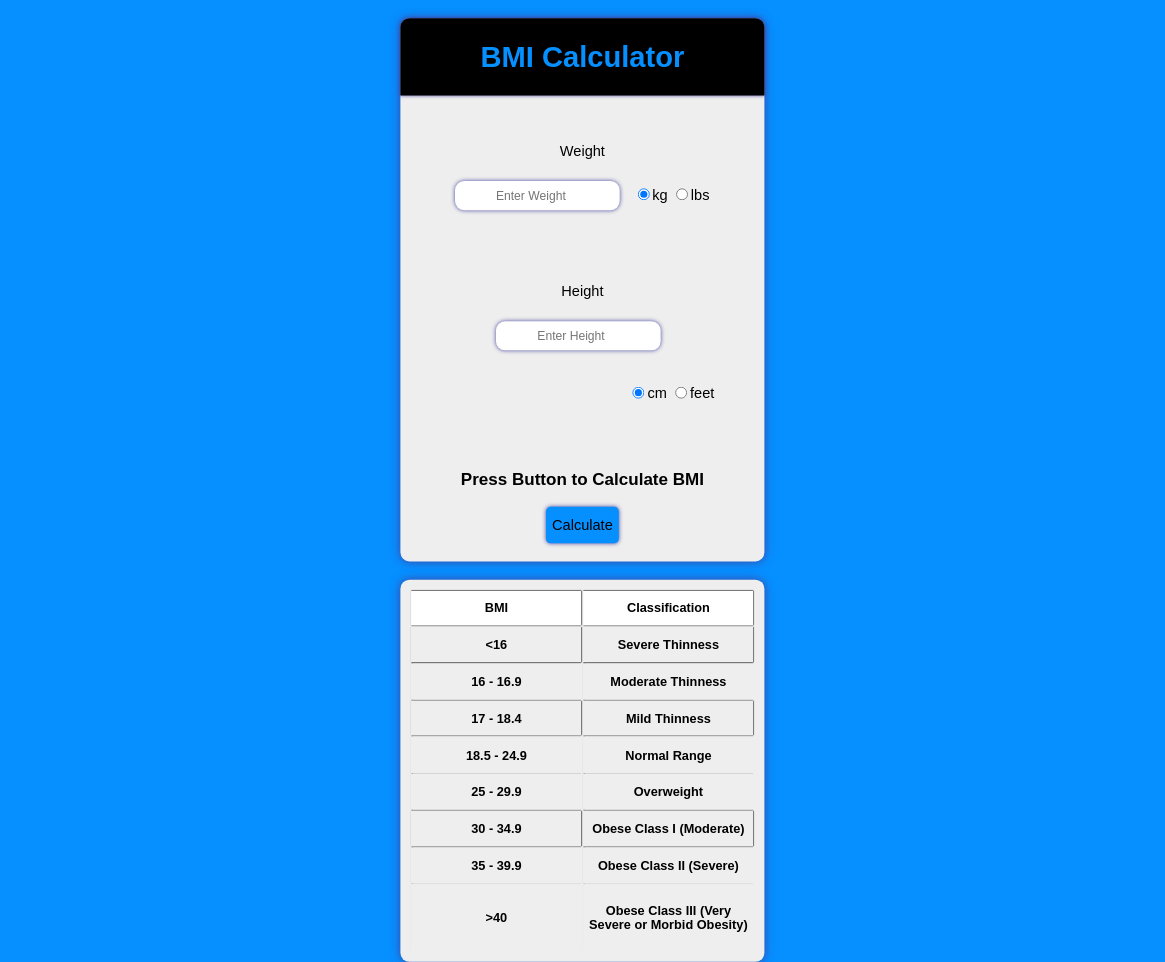
Repository: shayanabedi98/bmi-calculator
Page: index.html
An editor plug-in stored every save of this project. The page is shown before and after the next save, followed by the edit.
The browser window is 1280 px wide. The pictures show the whole page, at 91% of full size.

Above is the page before, as saved 2023-07-24 19:01:12.

### index.html
<!DOCTYPE html>
<html lang="en">
<head>
    <meta charset="UTF-8">
    <meta name="viewport" content="width=device-width, initial-scale=1.0">
    <title>BMI Calculator</title>
    <link rel="stylesheet" href="styles.css">
</head>
<body>
    <div class="container">
        <div class="card">
            <div class="bmi-calculator">
                <h1>BMI Calculator</h1>
                <div class="weight">
                    <label class="weight" for="weight">Weight</label>
                    <input id="weight" type="number" placeholder="Enter Weight">
                    <input type="radio" name="weight" checked><span>kg</span>
                    <input type="radio" name="weight"><span>lbs</span>
                </div>
                <div class="height">
                    <label class="height" for="height">Height</label>
                    <input type="number" placeholder="Enter Height" id="height">
                    <input type="number" placeholder="Enter Feet" id="feet">
                    <input type="number" placeholder="Enter Inches" id="inch">
                    <input type="radio" name="height" checked><span>cm</span>
                    <input type="radio" name="height"><span>feet</span>
                </div>
                <div class="result">
                    <h3>Press Button to Calculate BMI</h3>
                    <button onclick="calc()" class="calculate">Calculate</button>
                </div>
            </div>
        </div>
        <div class="card chart">
            <div class="bmi-chart">
                <table bgcolor=''>
                    <tr bgcolor="#ffffff" align="center">
                        <th width="100">BMI</th>
                        <th width="100">Classification</th>
                    </tr>
                    <tr bgcolor="EEEEEE">
                        <th>&lt;16</th>
                        <th>Severe Thinness</th>
                    </tr>
                    <tr bgcolor="EEEEEE">
                        <th>16 - 16.9</th>
                        <th>Moderate Thinness</th>
                    </tr>
                    <tr bgcolor="EEEEEE">
                        <th>17 - 18.4</th>
                        <th>Mild Thinness</th>
                    </tr>
                    <tr bgcolor="EEEEEE">
                        <th>18.5 - 24.9</th>
                        <th>Normal Range</th>
                    </tr>
                    <tr bgcolor="EEEEEE">
                        <th>25 - 29.9</th>
                        <th>Overweight</th>
                    </tr>
                    <tr bgcolor="EEEEEE">
                        <th>30 - 34.9</th>
                        <th>Obese Class I (Moderate)</th>
                    </tr>
                    <tr bgcolor="EEEEEE">
                        <th>35 - 39.9</th>
                        <th>Obese Class II (Severe)</th>
                    </tr>
                    <tr bgcolor="EEEEEE">
                        <th>&gt;40</th>
                        <th>Obese Class III (Very Severe or Morbid Obesity)</th>
                    </tr>
                </table>
            </div>
        </div>
    </div>
    <script src="index.js"></script>
</body>
</html>

### styles.css

body {
    background-color: #068FFF;
    font-family: sans-serif;
    text-align: center;
    padding: 0;
    margin: 0;
}

h1 {
    margin-top: 0;
    margin-bottom: 0;
    background-color: #000000;
    color: #068FFF;
    border-radius: 10px 10px 0 0;
    height: 60px;
    padding-top: 25px;
    box-shadow: 0 0 4px 0 #4141a0;
}

h2 {
    margin-top: 0;
    margin-bottom: 10px;
}

.container {
    display: inline-block;
}

.card {
    background-color: #EEEEEE;
    width: 400px;
    border-radius: 10px;
    margin-left: auto;
    margin-top: 5%;
    box-shadow: 0 0 10px 0 #4141a0;
}

.chart {
    padding: 10px;
    width: 380px;
}

table {
    width: 100%;
    height: 400px;
    font-size: 14px;
}

th {
    box-shadow: 0 0 1px 0 black;
}

.weight {
    display: block;
    text-align: start;
    padding: 7%;
    text-align: center;
}

.height {
    display: block;
    text-align: start;
    padding: 7%;
    text-align: center;
}

input[type='number'] {
    display: inline-block;
    text-align: center;
    margin-right: 10px;
    height: 30px;
    border-radius: 10px;
    border: none;
    box-shadow: 0 0 5px 0 #4141a0;
}

#inch, #feet {
    visibility: hidden;
}

.result {
    padding: 5%;
}

.result button {
    background-color: #068FFF;
    height: 40px;
    width: 80px;
    border-radius: 5px;
    border: none;
    box-shadow: 0 0 5px 0 #4141a0;
    cursor: pointer;
    font-size: 16px;
}

### index.js

function calc() {
    var kg = document.querySelector('#weight').value;
    var cm = document.querySelector('#height').value;

    var m = cm / 100;

    var result = Math.round(kg/(m*m));

    document.querySelector('.result h3').innerHTML = 'Your BMI is ' + result

}

After the next save:
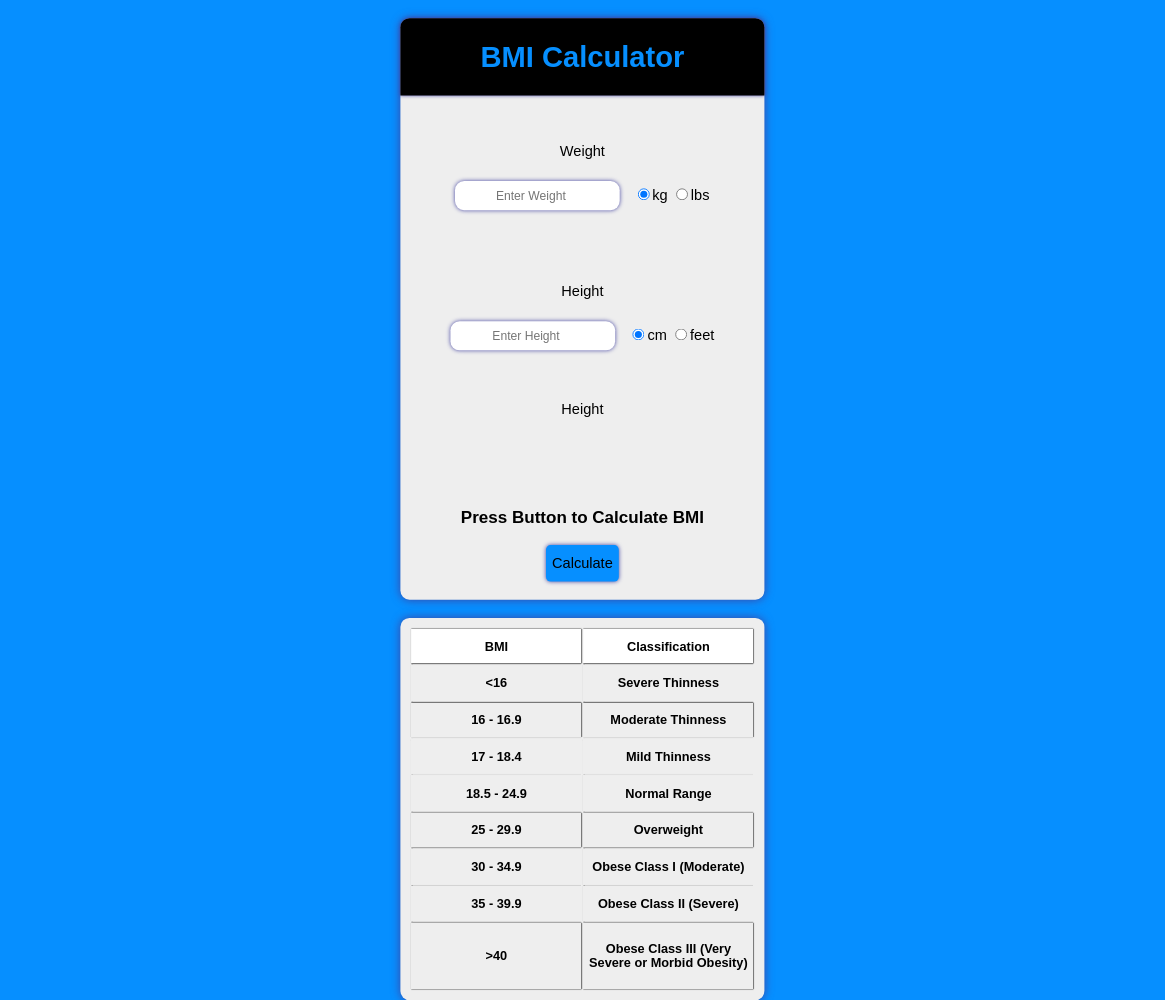
Saved 50 s later.
--- a/index.html
+++ b/index.html
@@ -20,10 +20,13 @@
                 <div class="height">
                     <label class="height" for="height">Height</label>
                     <input type="number" placeholder="Enter Height" id="height">
+                    <input type="radio" name="height" checked><span>cm</span>
+                    <input type="radio" name="height"><span>feet</span>
+                </div>
+                <div class="feet">
+                    <label class="height" for="height">Height</label>
                     <input type="number" placeholder="Enter Feet" id="feet">
                     <input type="number" placeholder="Enter Inches" id="inch">
-                    <input type="radio" name="height" checked><span>cm</span>
-                    <input type="radio" name="height"><span>feet</span>
                 </div>
                 <div class="result">
                     <h3>Press Button to Calculate BMI</h3>
